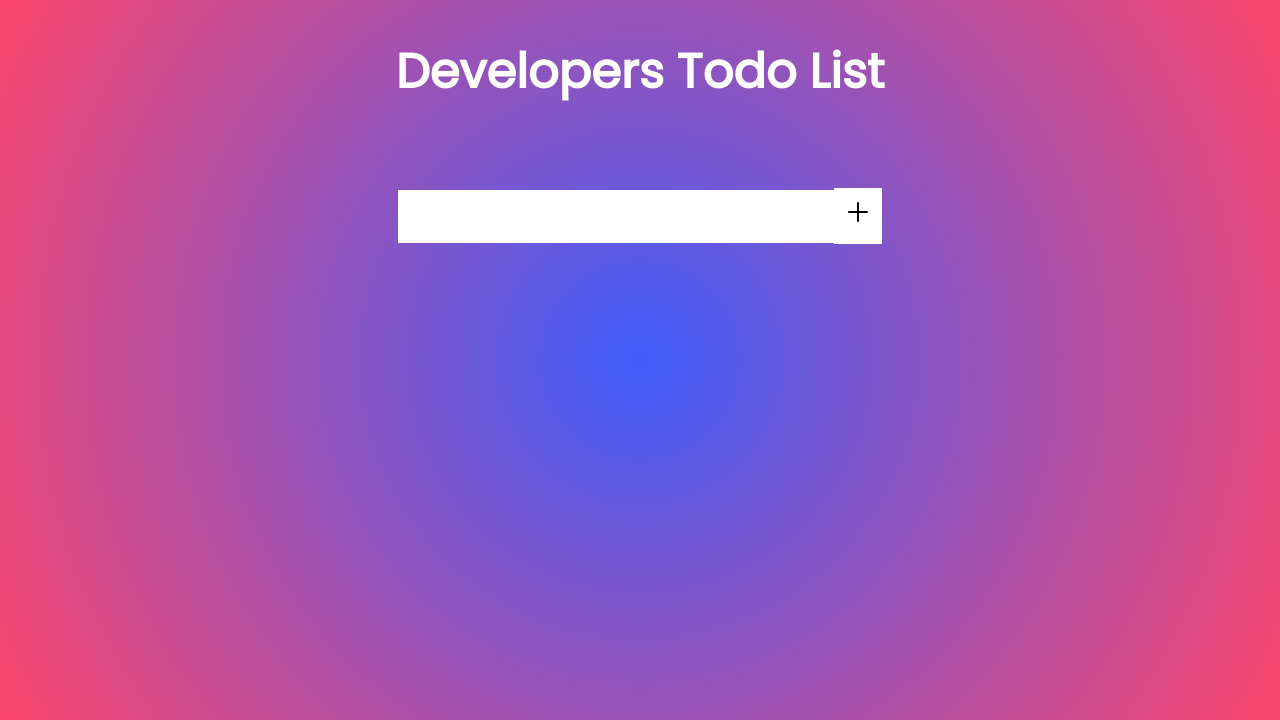
Repository: DevAntonioRogers/Vanilla-TodoList
Page: index.html
The author's editor kept a copy of each file at every save. The page is drawn from the files as they stood at one save, then again after the next save.
The browser window is 1280 px wide. The pictures show the whole page.

Above is the page before, as saved 2023-05-11 23:58:14.

### index.html
<!DOCTYPE html>
<html lang="en">
  <head>
    <meta charset="UTF-8" />
    <meta http-equiv="X-UA-Compatible" content="IE=edge" />
    <meta name="viewport" content="width=device-width, initial-scale=1.0" />
    <link rel="preconnect" href="https://fonts.googleapis.com" />
    <link rel="preconnect" href="https://fonts.gstatic.com" crossorigin />
    <link href="https://fonts.googleapis.com/css2?family=Poppins&display=swap" rel="stylesheet" />
    <link rel="stylesheet" href="style.css" />
    <title>To-do</title>
  </head>
  <body>
    <header>
      <h1>Developers Todo List</h1>
    </header>
    <form action="">
      <input type="text" class="todo-input" />
      <button class="todo-button">
        <ion-icon name="add-outline"></ion-icon>
      </button>
    </form>

    <div class="todo-container">
      <ul class="todo-list"></ul>
    </div>

    <script type="module" src="https://unpkg.com/ionicons@7.1.0/dist/ionicons/ionicons.esm.js"></script>
    <script nomodule src="https://unpkg.com/ionicons@7.1.0/dist/ionicons/ionicons.js"></script>
    <script src="app.js"></script>
  </body>
</html>

### style.css
* {
  padding: 0;
  box-sizing: border-box;
  margin: 0;
}

body {
  background: rgb(63, 94, 251);
  background: radial-gradient(circle, rgba(63, 94, 251, 1) 0%, rgba(252, 70, 107, 1) 100%);
  color: white;
  font-family: "Poppins", sans-serif;
  min-height: 100vh;
}

header {
  font-size: 1.5rem;
}

header,
form {
  min-height: 20vh;
  display: flex;
  align-items: center;
  justify-content: center;
}

form input,
form button {
  padding: 0.5rem;
  font-size: 2rem;
  background-color: white;
  border: none;
}

form button {
  color: black;
}

Loaded but not shown: app.js (no copy from this time; the picture is the same without it)

After the next save:
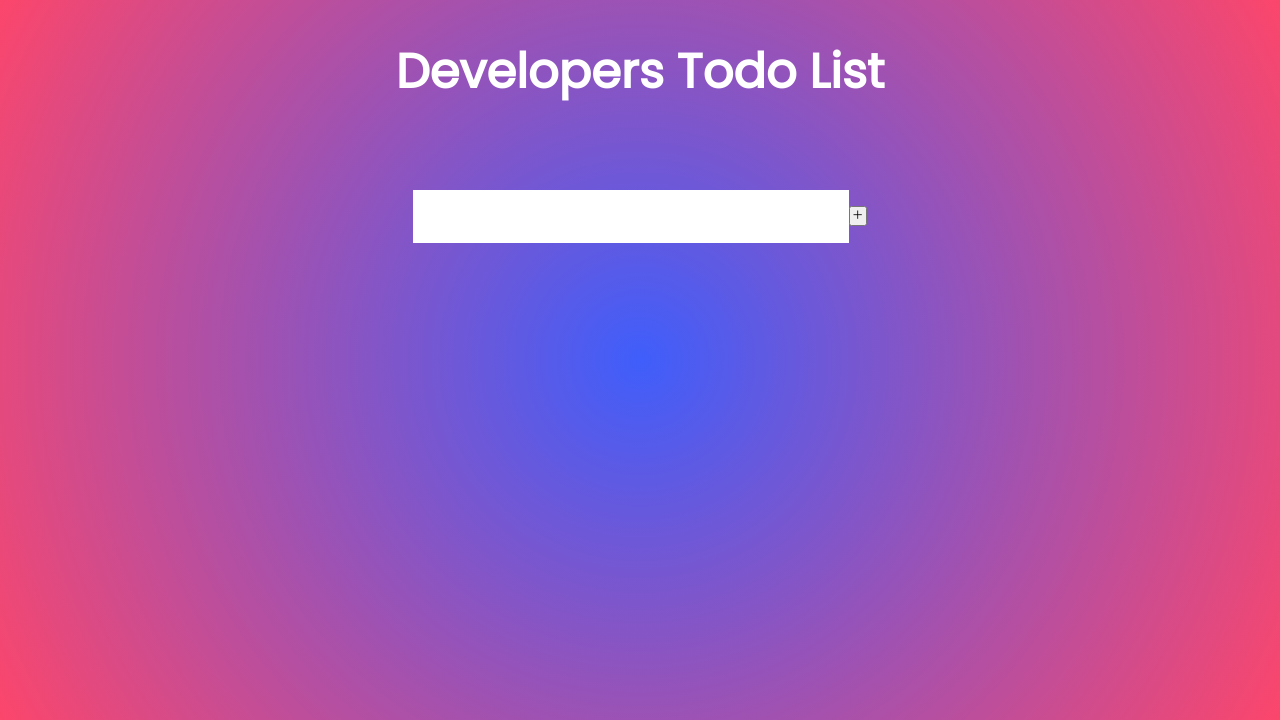
Saved 19 s later.
--- a/style.css
+++ b/style.css
@@ -24,8 +24,7 @@ form {
   justify-content: center;
 }
 
-form input,
-form button {
+form input {
   padding: 0.5rem;
   font-size: 2rem;
   background-color: white;
@@ -34,4 +33,5 @@ form button {
 
 form button {
   color: black;
+  cursor: pointer;
 }
